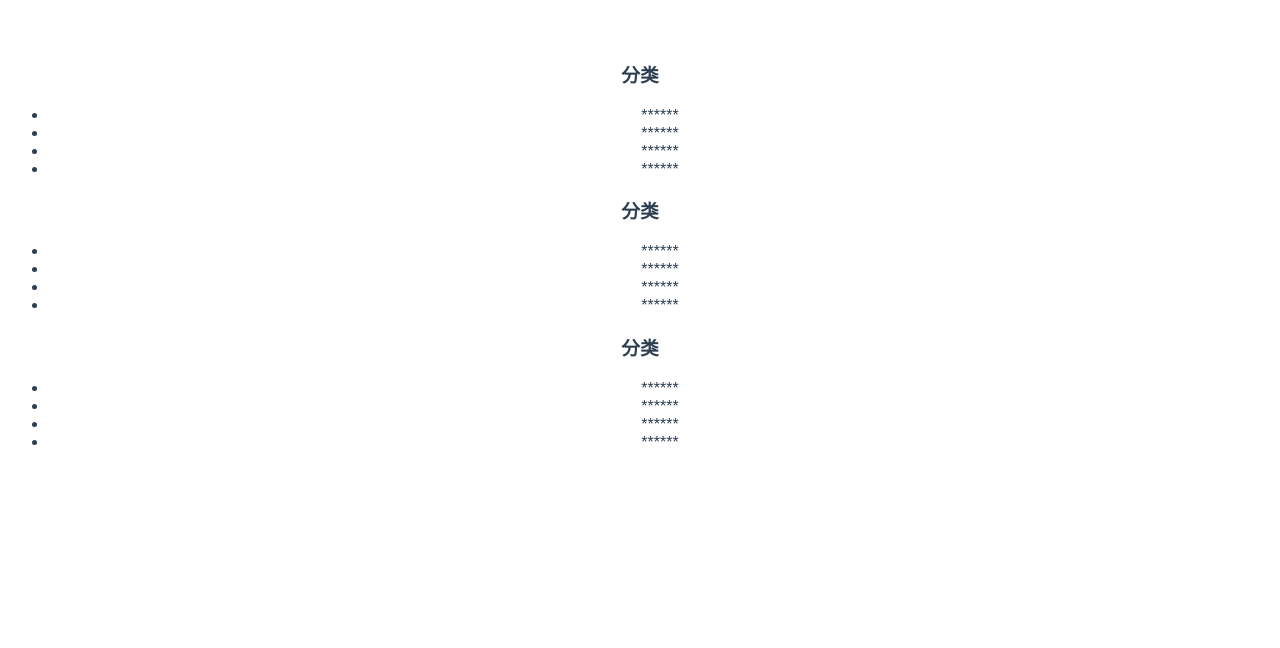
Repository: 319226862/wyy
Page: / (app in test/)
The author's editor kept a copy of each file at every save. The page is drawn from the files as they stood at one save, then again after the next save.
The browser window is 1280 px wide. The pictures show the whole page.
The project was rebuilt for these pictures with package versions that can differ from the ones it lists, and the page was loaded fresh each time. Also part of the build but not shown: test/vue.config.js.

Above is the page before, as saved 2023-06-27 10:57:36.

After the next save:
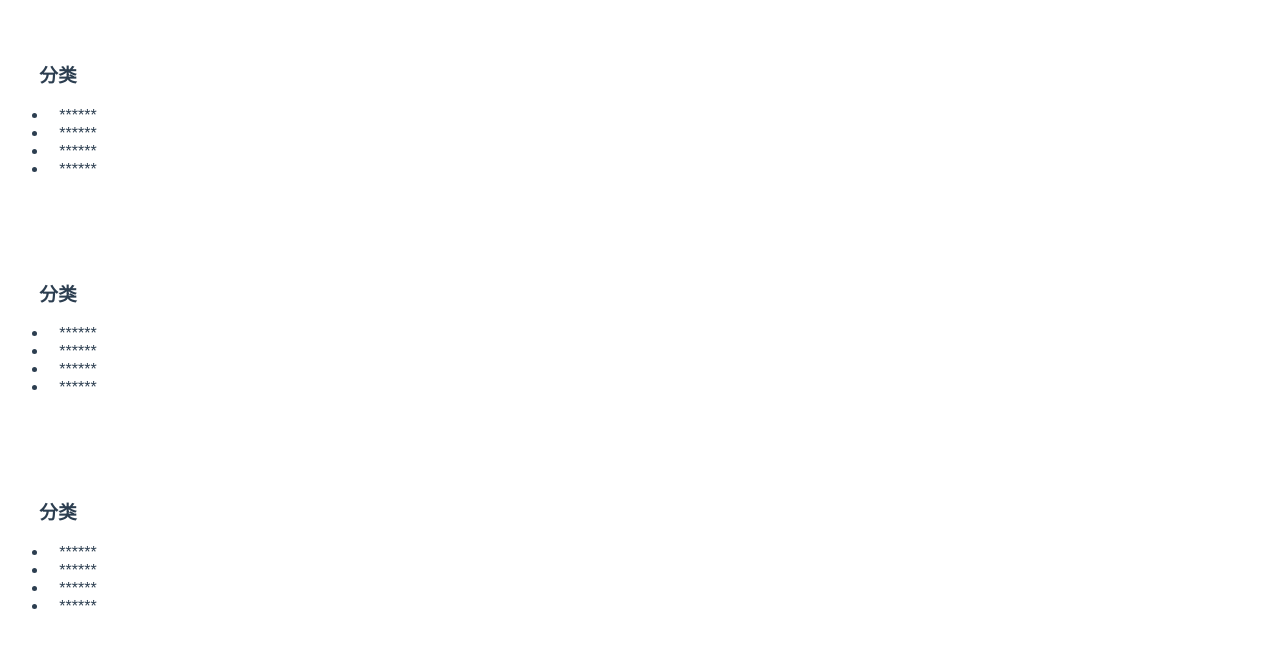
Saved 3 h 13 min later.
--- a/test/src/components/Category.vue
+++ b/test/src/components/Category.vue
@@ -1,5 +1,5 @@
 <template>
-    <div>
+    <div class="category">
         <h3>分类</h3>
         <ul>
             <li>******</li>
@@ -17,5 +17,8 @@ export default {
 </script>
 
 <style>
-
+.category{
+    width: 100px;
+    height: 200px;
+}
 </style>
